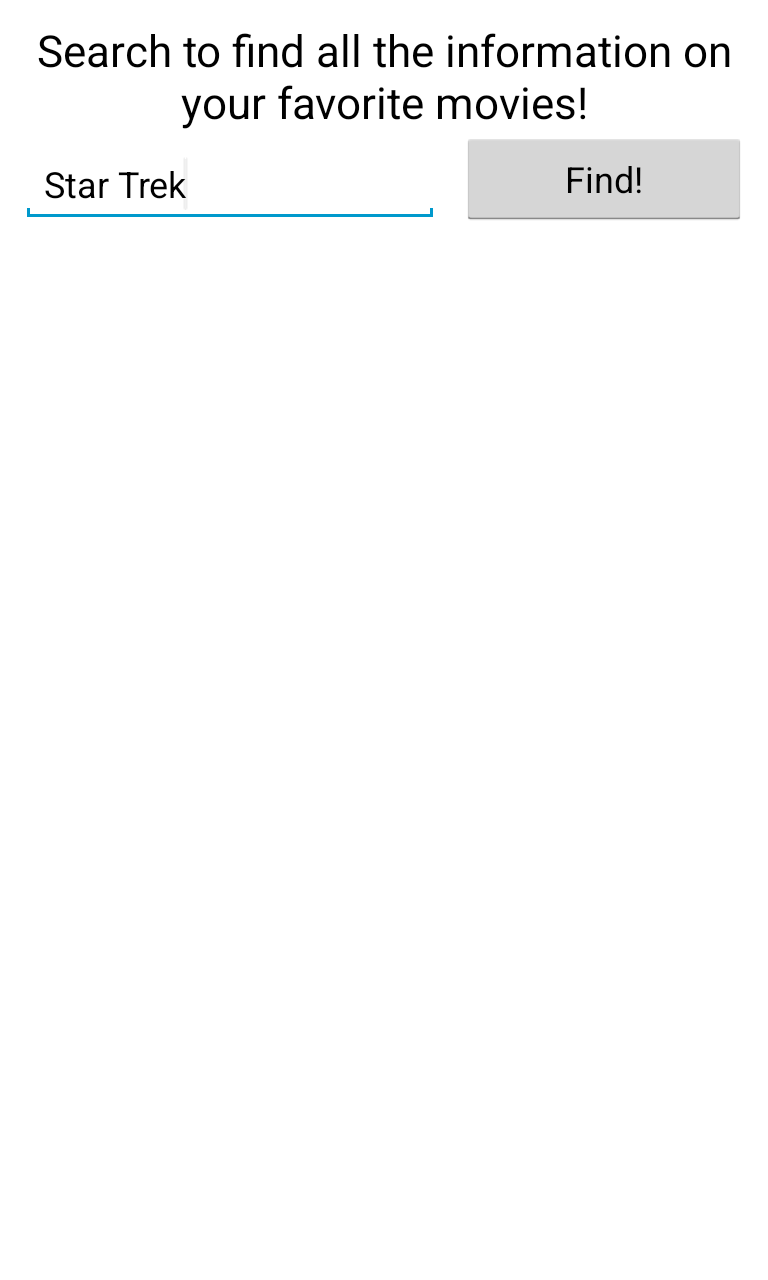
Repository: laurenelder/Java2_Elder
Layout: MovieLookup/res/layout/activity_main.xml
The author's editor kept a copy of each file at every save. The layout is drawn from the files as they stood at one save, then again after the next save.
It is drawn on a 768 x 1280 px phone screen (xhdpi) without system bars, with theme AppTheme; the app's code is not run. Lists and similar views that code fills are empty.

Above is the layout before, as saved 2014-07-11 00:50:55.

After the next save:
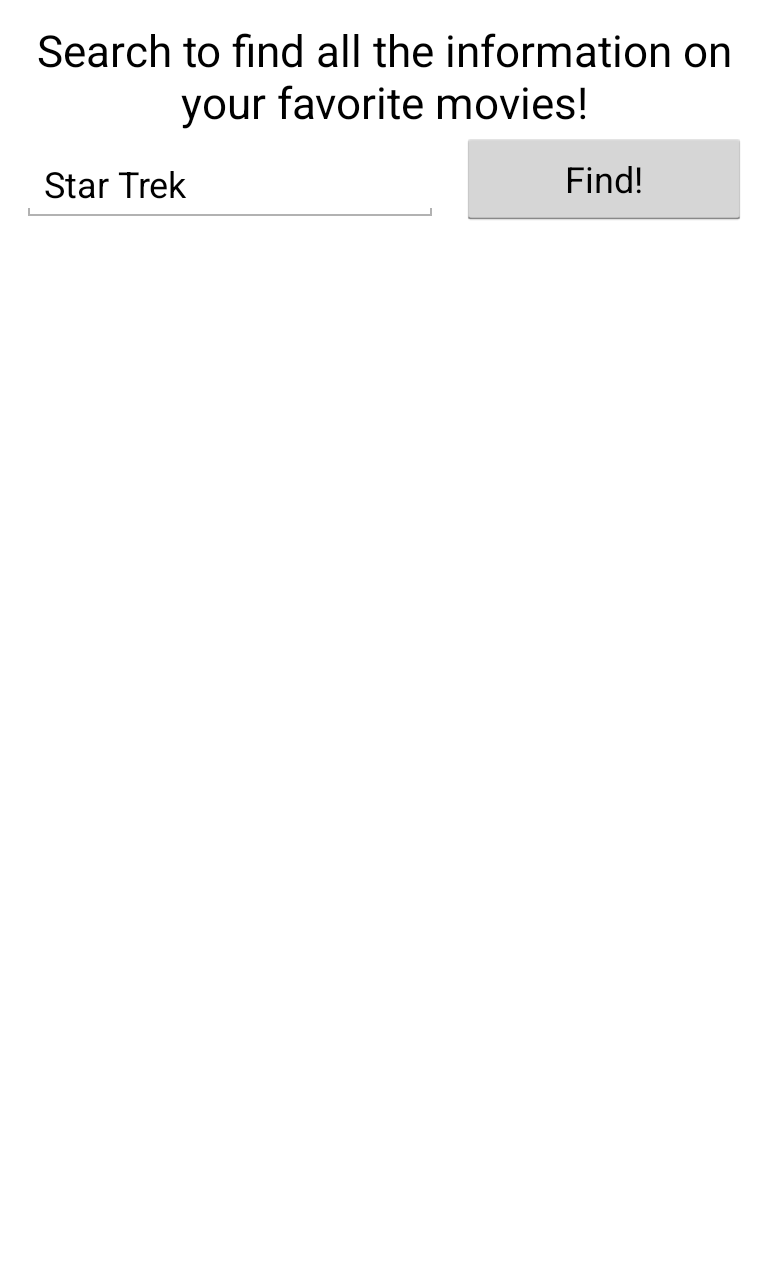
Saved 3 min 20 s later.
--- a/MovieLookup/res/layout/activity_main.xml
+++ b/MovieLookup/res/layout/activity_main.xml
@@ -32,6 +32,8 @@
             android:hint="@string/search_hint"
             android:text="@string/search_hint"
             android:inputType="none"
+            android:focusable="false"
+            android:focusableInTouchMode="false"
             android:ems="10" >
 
             <requestFocus />
